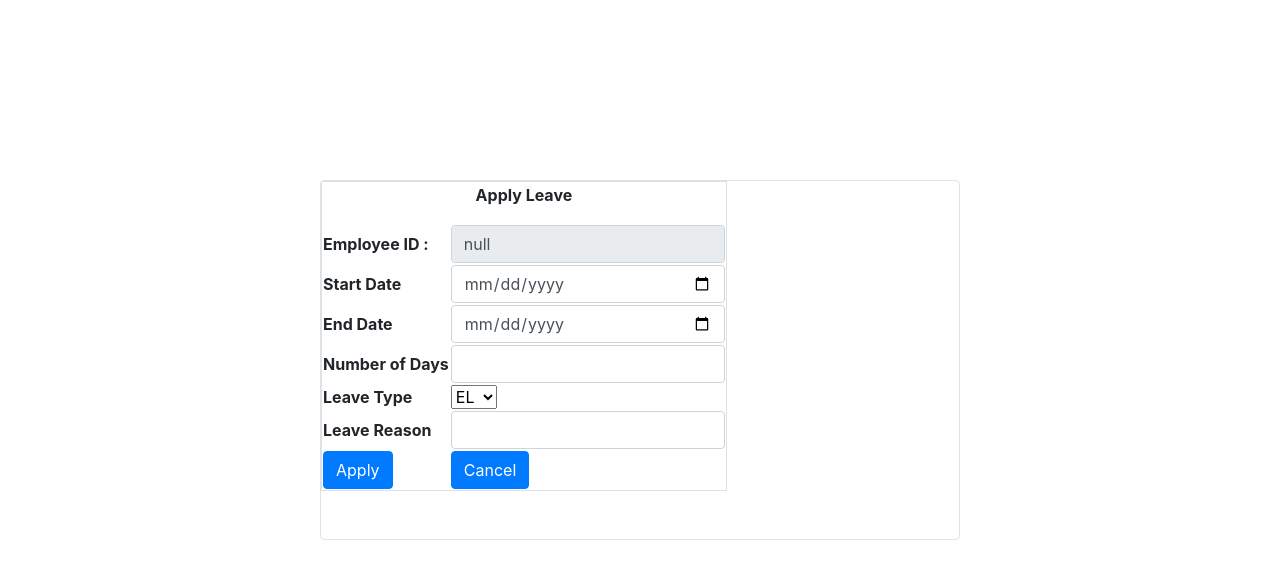
Repository: rkmr039/EMS_PROJECT
Page: http://localhost/EMS/ApplyLeaves.jsp
These files come from the project's save history. The page is drawn as it stood at one moment and after the next save; the edit follows.
The browser window is 1280 px wide. The pictures show the whole page.
The page is served by Tomcat 9. Other server files are loaded and not shown.

Above is the page before, as saved 2019-08-30 07:37:59.
Console error: TypeError: Cannot read properties of undefined (reading 'fn')

### EMS/WebContent/ApplyLeaves.jsp
<%@page import="com.hcl.ems.LeaveTypes"%>
<%@page import="java.text.DateFormat"%>
<%@page import="java.text.SimpleDateFormat"%>
<%@page import="java.util.Date"%>
<%@ page language="java" contentType="text/html; charset=ISO-8859-1"
    pageEncoding="ISO-8859-1"%>
<!DOCTYPE html PUBLIC "-//W3C//DTD HTML 4.01 Transitional//EN" "http://www.w3.org/TR/html4/loose.dtd">
<html>
<head>
<link rel="stylesheet" href="https://stackpath.bootstrapcdn.com/bootstrap/4.3.1/css/bootstrap.min.css" integrity="sha384-ggOyR0iXCbMQv3Xipma34MD+dH/1fQ784/j6cY/iJTQUOhcWr7x9JvoRxT2MZw1T" crossorigin="anonymous">
<script src="https://stackpath.bootstrapcdn.com/bootstrap/4.3.1/js/bootstrap.min.js" integrity="sha384-JjSmVgyd0p3pXB1rRibZUAYoIIy6OrQ6VrjIEaFf/nJGzIxFDsf4x0xIM+B07jRM" crossorigin="anonymous"></script>
<script >
function setEndDate(e){
	 var eDate = e.target.value;
	 eDateInput.min = eDate;
	}
function setNoDays(e){
	var d1 = eDateInput.value;
	var date1 = new Date(d1);
	var d2 = sDateInput.value;
	var date2 = new Date(d2);
	   var oneDay = 24 * 60 * 60 * 1000; // hours*minutes*seconds*milliseconds
       var diffDays = Math.abs((date1.getTime() - date2.getTime()) / (oneDay));
       // alert(diffDays);
      document.getElementById("noDays").value = diffDays+1;
}
</script>
<style>
#mainDiv{
	top:0;
	bottom:0;
	right:0;
	left:0;
	margin:auto;
	position:absolute;
}
</style>
<meta http-equiv="Content-Type" content="text/html; charset=ISO-8859-1">
<title>Apply leave | EMS</title>
</head>
<body>

	<div class="container border rounded w-50 h-50" id="mainDiv">
	<div class="row">


	<form method="get" action="Apply.jsp">

	<table class="border">
		<tr style="text-align:center">
			<th colspan="2"><p id="page">Apply Leave</p></th>
		</tr>
		<tr class="form-froup">
			<th>Employee ID :<th>
			<input type="text" readonly="readonly" class="form-control" value=<%=session.getAttribute("EMP_ID") %> name="empId"/>
		</tr>
	<%
		Date d = new Date();
		SimpleDateFormat sdf=new SimpleDateFormat("yyyy-MM-dd");
		String sDate = sdf.format(d);

	%>
		<tr class="form-froup">
			<th >Start Date</th>
			<td>
				<input type='date' name="startDate" class="form-control" id="sDateInput" min=<%=sDate%> required onchange="setEndDate(event);" />
            </td>
		</tr>
		<tr class="form-froup">
			<th>End Date</th>
			<td>
				<input type='date' name="endDate" class="form-control" id="eDateInput" required onchange="setNoDays(event);" />
            </td>
		</tr>

		<tr class="form-froup">
			<th>Number of Days</th>
			<td>
				<input type="text" name="noDays" class="form-control" id="noDays" required/>
			</td>
		</tr>
		<tr class="form-froup">

			<th>Leave Type</th>
			<td>
				<select name="type">
					<%
						int len = LeaveTypes.values().length;
						LeaveTypes[] ls = LeaveTypes.values();
						for(LeaveTypes type: ls) {
							out.println("<option class='form-control'>" + type.toString()+"</option>");
						}
					%>
				</select>
			</td>
		</tr>
		<tr class="form-froup">
			<th>Leave Reason</th>
			<td>
				<input type="text" class="form-control" name="reason"/ required>
			</td>
		</tr>
		<tr class="form-froup" >
			<td><input class="btn btn-primary" type="submit" value="Apply" name="apply"/></td>
			<td><input class="btn btn-primary" type="reset" onClick="javascript:window.location.href='dashboard.jsp'" value="Cancel" name="cancel"/></td>
		</tr>
		<tr>
		</tr>

		</tr>
	</table>
	</form>
	</div>
	</div>

<script src="https://code.jquery.com/jquery-3.3.1.slim.min.js" integrity="sha384-q8i/X+965DzO0rT7abK41JStQIAqVgRVzpbzo5smXKp4YfRvH+8abtTE1Pi6jizo" crossorigin="anonymous"></script>
<script src="https://cdnjs.cloudflare.com/ajax/libs/popper.js/1.14.7/umd/popper.min.js" integrity="sha384-UO2eT0CpHqdSJQ6hJty5KVphtPhzWj9WO1clHTMGa3JDZwrnQq4sF86dIHNDz0W1" crossorigin="anonymous"></script>

</body>
</html>

### EMS/src/com/hcl/ems/LeaveTypes.java
package com.hcl.ems;

public enum LeaveTypes {
	EL,RH,CH
}

After the next save:
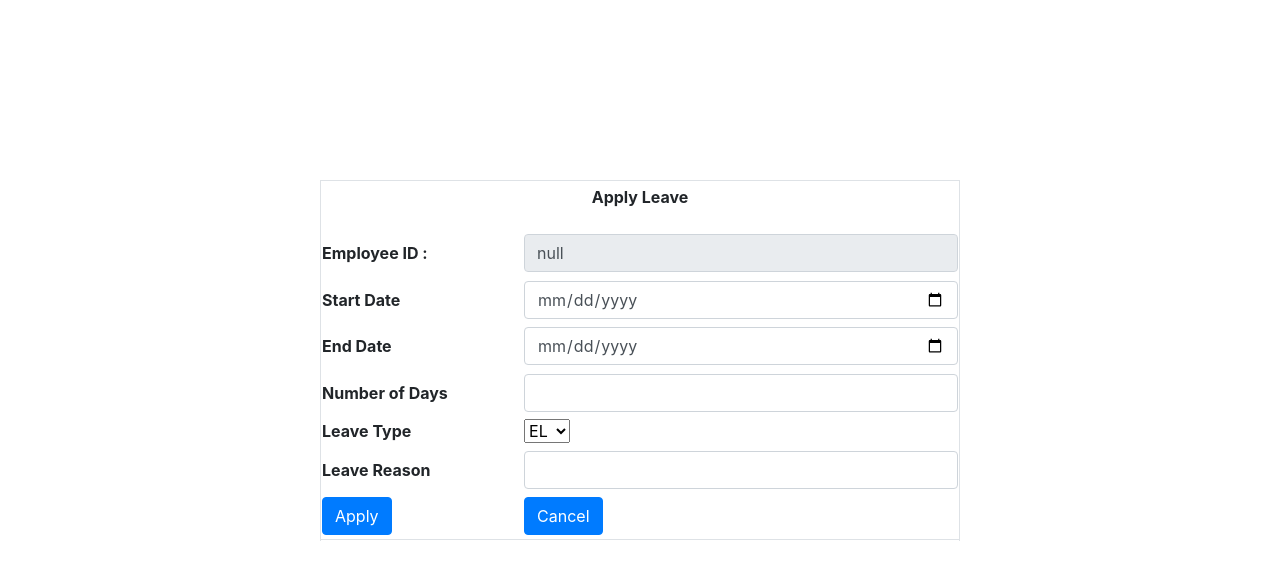
Saved 57 min 36 s later.
--- a/EMS/WebContent/ApplyLeaves.jsp
+++ b/EMS/WebContent/ApplyLeaves.jsp
@@ -40,13 +40,14 @@ function setNoDays(e){
 </head>
 <body>
 
-	<div class="container border rounded w-50 h-50" id="mainDiv">
-	<div class="row">
+
+
 
 
 	<form method="get" action="Apply.jsp">
 
-	<table class="border">
+	<table class="container border rounded w-50 h-50" id="mainDiv">
+	<div class="row">
 		<tr style="text-align:center">
 			<th colspan="2"><p id="page">Apply Leave</p></th>
 		</tr>
